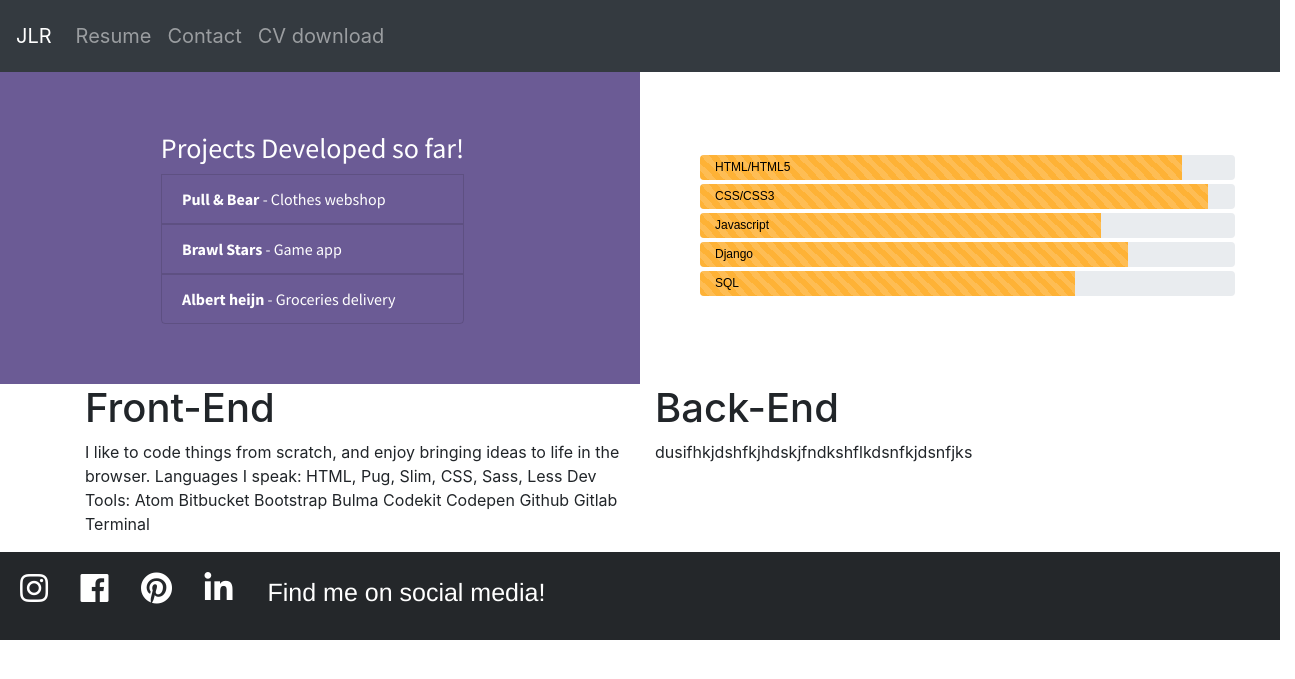
Repository: Kawaiisaki/Portfolio-site
Page: resume.html
The author's editor kept a record of every edit. The page is drawn from the files as they stood at one moment, then again after the next edit.
The browser window is 1280 px wide. The page is 1295 px wide, so the pictures cover 1295 px, including what lies to the right of the window. The pictures show the whole page.
Some web libraries are served in a nearby version.

Above is the page before.

### resume.html
<!DOCTYPE html>
<html lang="en">

<head>
    <meta charset="UTF-8">
    <meta name="viewport" content="width=device-width, initial-scale=1.0">
    <meta http-equiv="X-UA-Compatible" content="ie=edge">
    <link rel="stylesheet" href="https://maxcdn.bootstrapcdn.com/bootstrap/4.2.1/css/bootstrap.min.css" type="text/css" />
    <link rel="stylesheet" href="https://use.fontawesome.com/releases/v5.0.10/css/all.css" integrity="sha384-+d0P83n9kaQMCwj8F4RJB66tzIwOKmrdb46+porD/OvrJ+37WqIM7UoBtwHO6Nlg" crossorigin="anonymous">
    <link rel="stylesheet" href="https://cdnjs.cloudflare.com/ajax/libs/hover.css/2.3.1/css/hover-min.css" type="text/css" />
    <link rel="stylesheet" href="assets/css/style.css" type="text/css" />
    <title>Resume</title>
</head>

<body>
    <header>

        <nav class="navbar sticky-top navbar-expand-lg navbar-dark bg-dark">
            <a class="navbar-brand" href="index.html">JLR</a>
            <button class="navbar-toggler" type="button" data-toggle="collapse" data-target="#navbarSupportedContent" aria-controls="navbarSupportedContent" aria-expanded="false" aria-label="Toggle navigation">
    <span class="navbar-toggler-icon"></span>
  </button>

            <div class="collapse navbar-collapse" id="navbarSupportedContent">
                <ul class="navbar-nav navbar-brand mr-auto">
                    <li class="nav-item">
                        <a class="nav-link" href="resume.html">Resume</a>
                    </li>
                    <li class="nav-item">
                        <a class="nav-link" href="contact.html">Contact</a>
                    </li>
                    <li class="nav-item">
                        <a class="nav-link" href="#">CV download</a>
                    </li>
                </ul>
            </div>
        </nav>
    </header>
    <section>
        <div class="container-fluid">
            <div class="row">
                <div class="col projects">
                    <h3 class="text-center">Projects Developed so far!</h3>
                    <div class="container project-list">
                        <a class="list-group list-group-flush">
                            <a href="https://www.pullandbear.com/" target="_blank" class="list-group-item project-item"><strong>Pull & Bear</strong> - Clothes webshop</a>
                        <a href="https://play.google.com/store/apps/details?id=com.supercell.brawlstars&gl=NL" target="_blank" class="list-group-item project-item"><strong>Brawl Stars</strong> - Game app</a>
                        <a href="https://www.ah.nl/?gclid=CjwKCAiAqqTuBRBAEiwA7B66hWiQgrnYQJU3PeLNCPiqaegNcN4MoA1vTRGlp7dA6K88ZnaGVRotXBoCbbMQAvD_BwE&gclsrc=aw.ds" target="_blank" class="list-group-item project-item"><strong>Albert heijn</strong> - Groceries delivery</a>
                        </ul>
                    </div>
                </div>
                <div class="col bar-skills">
                    <div class="progress">
                        <div class="progress-bar progress-bar-striped" role="progressbar" style="width: 90%" aria-valuenow="90" aria-valuemin="0" aria-valuemax="100"></div>
                        <span class="progres-skill">HTML/HTML5</span>
                    </div>
                    <div class="progress">
                        <div class="progress-bar progress-bar-striped" role="progressbar" style="width: 95%" aria-valuenow="95" aria-valuemin="0" aria-valuemax="100"></div>
                        <span class="progres-skill">CSS/CSS3</span>
                    </div>
                    <div class="progress">
                        <div class="progress-bar progress-bar-striped" role="progressbar" style="width: 75%" aria-valuenow="75" aria-valuemin="0" aria-valuemax="100"></div>

                        <span class="progres-skill">Javascript</span></div>
                    <div class="progress">
                        <div class="progress-bar progress-bar-striped" role="progressbar" style="width: 80%" aria-valuenow="80" aria-valuemin="0" aria-valuemax="100"></div>
                        <span class="progres-skill">Django</span>
                    </div>
                    <div class="progress">
                        <div class="progress-bar progress-bar-striped" role="progressbar" style="width: 70%" aria-valuenow="70" aria-valuemin="0" aria-valuemax="100"></div>
                        <span class="progres-skill">SQL</span>
                    </div>
                </div>
            </div>
        </div>
    </section>
    <section>
        <div class="container">
            <div class="row">
                <div class="col">
                    <h1>Front-End</h1>
                    <p>I like to code things from scratch, and enjoy bringing ideas to life in the browser. Languages I speak: HTML, Pug, Slim, CSS, Sass, Less Dev Tools: Atom Bitbucket Bootstrap Bulma Codekit Codepen Github Gitlab Terminal
                    </p>
                </div>
                <div class="col">
                    <h1>Back-End</h1>
                    <p>dusifhkjdshfkjhdskjfndkshflkdsnfkjdsnfjks</p>
                </div>
            </div>
    </section>
    <footer>
        <div class="container-fluid social-icons">
            <div class="row no-gutters ">
                <div class="col-md-auto">
                    <ul class="list-inline social-media-icons">
                        <li class="list-inline-item">
                            <a target="_blank" href="https://www.instagram.com/thekawaiisaki/">
                                <i class="fab fa-instagram fa-2x" aria-hidden="true"></i>
                                <span class="sr-only">Instagram</span>
                            </a>
                        </li>
                        <li class="list-inline-item">
                            <a target="_blank" href="https://www.facebook.com/joellojedorosso">
                                <i class="fab fa-facebook fa-2x"  aria-hidden="true"></i>
                                <span class="sr-only">Facebook</span>
                            </a>
                        </li>
                        <li class="list-inline-item">
                            <a target="_blank" href="https://nl.pinterest.com/jlojedorosso/">
                                <i class="fab fa-pinterest fa-2x" aria-hidden="true"></i>
                                <span class="sr-only">Pinterest</span>
                            </a>
                        </li>
                        <li class="list-inline-item">
                            <a target="_blank" href="https://www.linkedin.com/in/joellojedorosso/">
                                <i class="fab fa-linkedin-in fa-2x" aria-hidden="true"></i>
                                <span class="sr-only">Instagram</span>
                            </a>
                        </li>
                    </ul>
                </div>
                <div class="col">
                    <div>
                        <h3 class="social-text">Find me on social media!</h3>
                    </div>
                </div>
            </div>
        </div>
    </footer>
</body>

</html>

### assets/css/style.css
@import url('https://fonts.googleapis.com/css?family=Source+Sans+Pro:100,200,300,400,500,600,700,800,900&display=swap');

.container-fluid {
  padding-left: 0;
  padding-right: 0;
}

/*---------------------------------------Callout*/

.callout-container {
  height: 88vh;

  background: url('../images/joelgrey.jpg') no-repeat center center fixed;
  -webkit-background-size: cover;
  -moz-background-size: cover;
  -o-background-size: cover;
  background-size: cover;

  display: flex;
  align-items: center;
  justify-content: center;

  position: relative;
}

.transparant-overlay {
  position: absolute;
  top: 0;
  left: 0;
  width: 100%;
  height: 100%;
  background-color: rgba(0, 0, 0, 0.4)
}

.jumbotron {
  background-color: transparent;
}

.name {
  font-family: "Source Sans Pro", sans-serif;
  color: white;
  font-weight: 400;
  margin-bottom: 10px;
  text-shadow: 2px 2px rgba(0, 0, 0, 0.5);
}

.lead {
  color: #ffffff;
  margin: 10px;
  text-decoration: overline;
  text-shadow: 2px 2px rgba(0, 0, 0, 0.5);
}

.fa-code {
  color: #fff;
  text-shadow: 2px 2px rgba(0, 0, 0, 0.5);
}

/*---------------------------------------About-Personal-*/

.about-container {
  height: 50vh;

  background: url('../images/laptop.jpg') no-repeat center center fixed;
  -webkit-background-size: cover;
  -moz-background-size: cover;
  -o-background-size: cover;
  background-size: cover;

  display: flex;
  align-items: center;
  justify-content: center;

  position: relative;
}

.subtitle {
  margin-left: 30px;
  font-family: "helvetica", sans-serif;
  font-weight: 200;
}

.key {
  font-family: "Source Sans Pro", sans-serif;
  padding-left: 30px;
  display: inline-block;
  font-size: 20px;
  width: 33%;
  vertical-align: top;
}

.value {
  display: inline-block;
  font-size: 15px;
  width: 33%;
}

.personal-info {
  padding: 20px;
  background-color: #feb236;
  display: block;
  clear: both;
}


.introduction {
  padding: 20px;
  background-color: #fff;
}

.introduction p {
  margin-left: 30px;
}

.about-me {
  font-family: "Source Sans Pro", sans-serif;
  margin-left: 30px;
}

.fa-user,
.fa-address-card {
  padding-left: 20px;
}

.fa-user {
  color: #feb236;
}

.introduction a {
  margin-left: 30px;
}

/*---------------------------------------Footer*/

.social-text {
  color: #fff;
  font-family: "Helvetica", sans-serif;
  font-weight: 400;
  font-size: 25px;
  padding-top: 15px;
  padding-left: 25px;
}

footer {
  background-color: #24272a;
  min-height: 50px;
  padding: 10px;
}

.social-media-icons li i {
  color: #fff;
  margin: 10px;
}

/*---------------------------------------Additional*/

.uppercase {
  text-transform: uppercase;
}

/*---------------------------------------About page*/

.fa-file-code,
.fa-cogs,
.fa-tasks {
  padding-left: 20px;
}

.white-text {
  color: #fff;
}

/*---------------------------------------About bg colors*/

.what-bg-color {
  background-color: #6b5b95;
}

.how-bg-color {
  background-color: #fff;
}

.why-bg-color {
  background-color: #feb236;
}

/*---------------------------------------Resume page*/

.projects {
  background-color: #6b5b95;
  color: #fff;
  font-family: "Source Sans Pro", sans-serif;
  max-width: 50%;
  padding: 60px;
}

.list-group-item {
  background-color: transparent;
}

.project-item {
  color: #fff;
  text-decoration: none;
  max-width: 60%;
  margin: auto;
}

.project-item:hover {
  text-decoration: none;
  color: #feb236;
}

.front-end,
.back-end {
  font-family: "Source Sans Pro", sans-serif;
  padding: 60px;
}

.back-end {
  background-color: #f6f6f6;
}

.fa-laptop {
  padding-left: 20px;
}

/*---------------------------------------Progress bars*/

.skill-progression {
  font-family: "Source Sans Pro", sans-serif;
}

.progress {
  position: relative;
  margin-bottom: 4px;
  height: 25px;
}

.progres-skill {
  font-family: "Sans Source Pro", sans-serif;
  position: absolute;
  left: 5px;
  font-weight: 400;
  padding: 3px 30px 2px 10px;
  color: #000;
}

.bar-skills {
  margin: auto;
  max-width: 80%;
  padding: 60px;
}

.progress-bar-striped {
  background-color: #feb236;
}

/*---------------------------------------contact page*/

.contact-heading {
  margin: 50px;
}

.contact-title,
.contact-me {
  font-family: "Source Sans Pro", sans-serif;
}

.contact-title {
  font-weight: 200;
}

.btn-primary {
  background-color: #feb236;
  color: #000;
}

button {
  margin: 20px;
}

.form-placement {
  padding-top: 20px;
  max-width: 40%;
  margin: auto;
}

After the next edit:
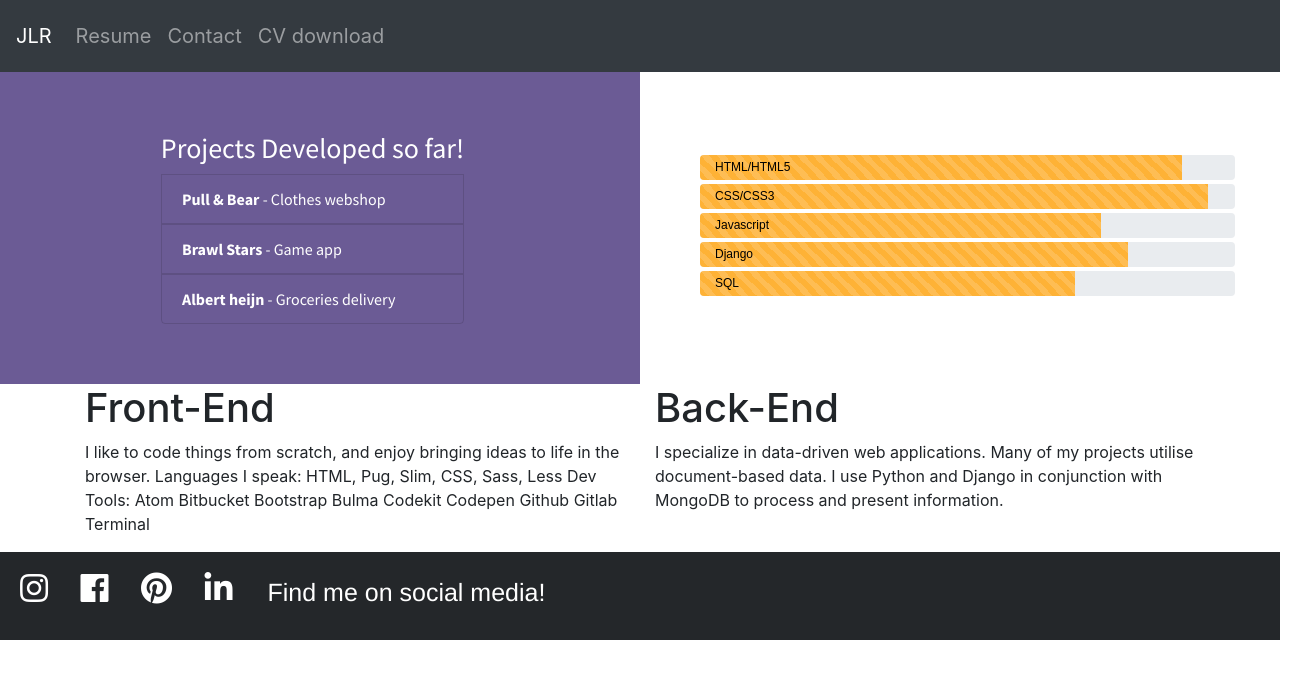
The edit:
--- a/resume.html
+++ b/resume.html
@@ -84,7 +84,7 @@
                 </div>
                 <div class="col">
                     <h1>Back-End</h1>
-                    <p>dusifhkjdshfkjhdskjfndkshflkdsnfkjdsnfjks</p>
+                    <p>I specialize in data-driven web applications. Many of my projects utilise document-based data. I use Python and Django in conjunction with MongoDB to process and present information.</p>
                 </div>
             </div>
     </section>
